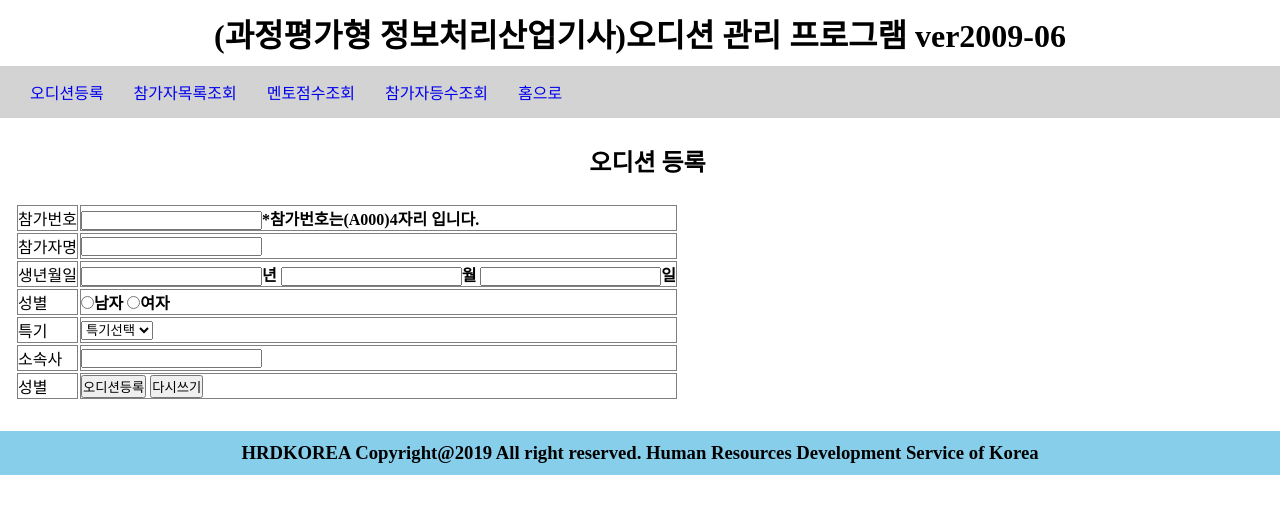
Repository: chyun94/JSP-
Page: http://localhost/Kingdom/insert.jsp
An editor plug-in stored every save of this project. The page is shown before and after the next save, followed by the edit.
The browser window is 1280 px wide. The pictures show the whole page.
The page is served by Tomcat 9.

Above is the page before, as saved 2021-05-09 12:51:07.

After the next save:
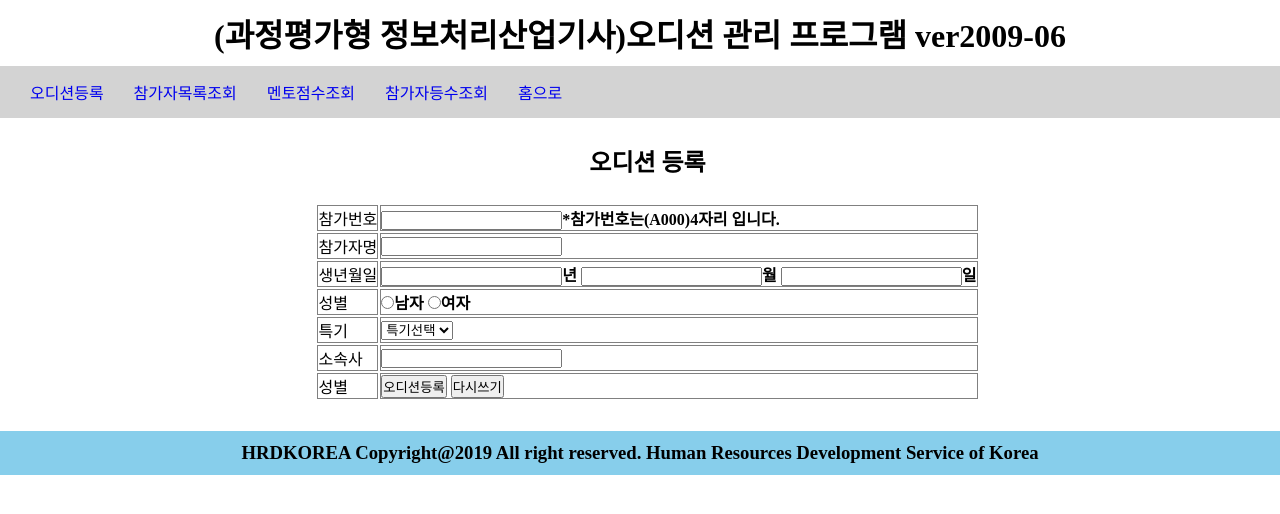
Saved 10 s later.
--- a/Kingdom/WebContent/insert.jsp
+++ b/Kingdom/WebContent/insert.jsp
@@ -56,7 +56,7 @@ text-align: center; background: skyblue; padding: 11px;
 
 		<form action="insert_pro.jsp" method="post" name="frm">
 
-		<div style="text-align: center;">
+		<div align="center">
 		<table class="subject" style="text-align: center;">
 			<tr>
 				<td>참가번호</td>
